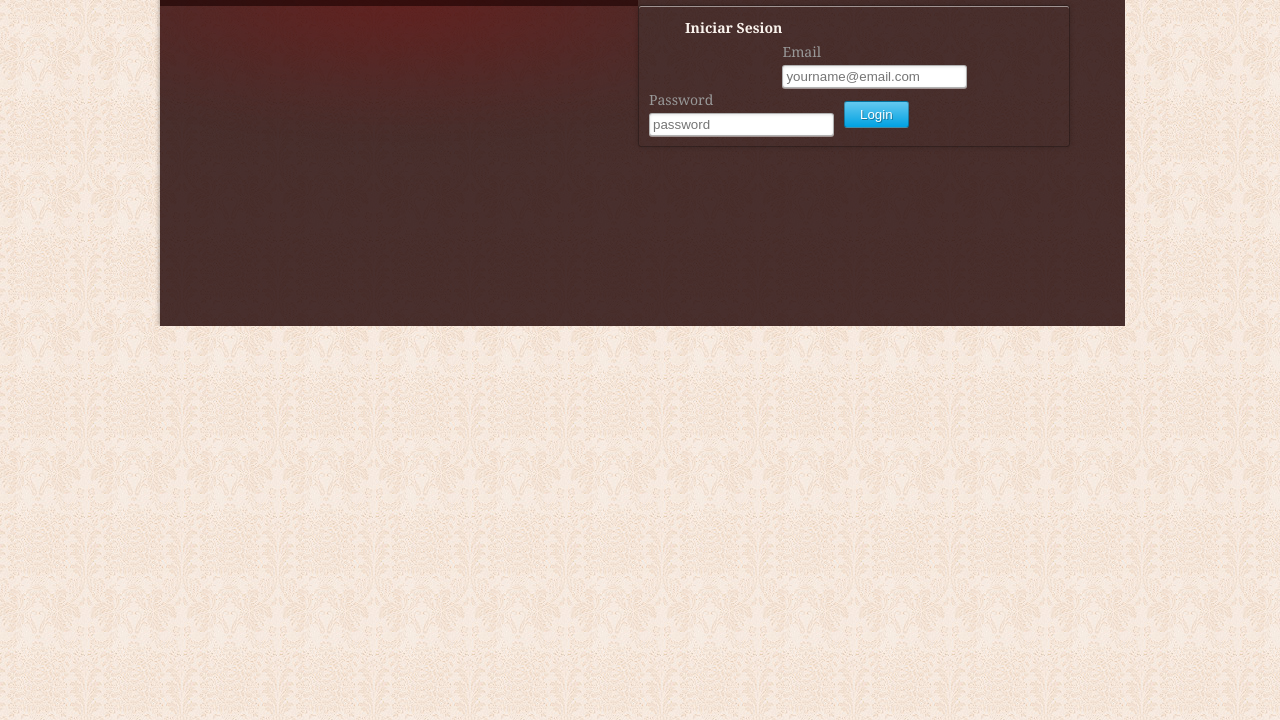
Repository: ProSoft-PDSI/sdsddo
Page: http://localhost/sdsr/LoginRegistro.jsp
An editor plug-in stored every save of this project. The page is shown before and after the next save, followed by the edit.
The browser window is 1280 px wide. The pictures show the whole page.
The page is served by Tomcat 9.

Above is the page before, as saved 2014-07-19 23:19:21.
Console error: TypeError: Cannot read properties of undefined (reading 'appendTo')

After the next save:
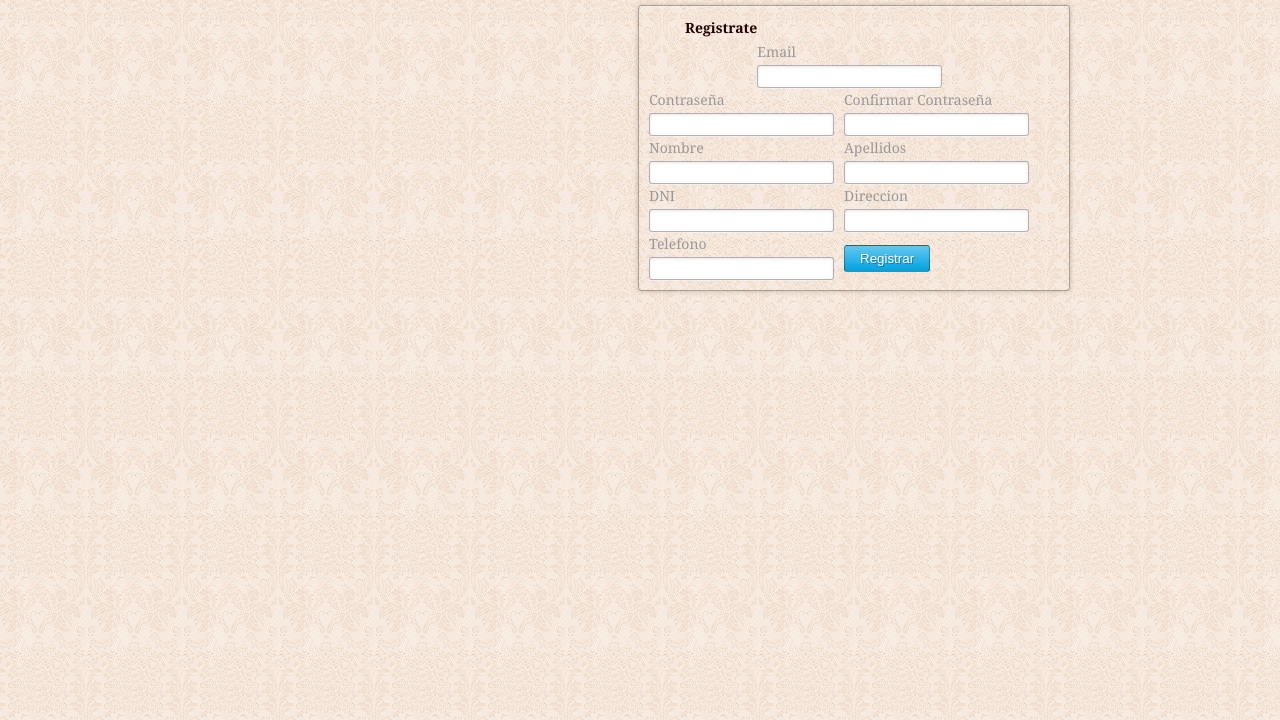
Saved 2 h 27 min later.
--- a/Web/sdsr/WebContent/LoginRegistro.jsp
+++ b/Web/sdsr/WebContent/LoginRegistro.jsp
@@ -19,7 +19,7 @@
 		<div class="main" id="marco">
 <!-- content -->
 			<article id="content">
-				<div class="wrap">
+				<!-- <div class="wrap">
 					<div class="box">
 					<form id="ContactForm">
 						<section class="loginform cf">
@@ -40,7 +40,7 @@
 								</form>
 						</section>
 					</form>
-					<div>
+					<div> -->
 					<form id="ContactForm">
 						<section class="loginform cf">
 						   <form name="login" action="index_submit" method="get" accept-charset="utf-8">

After the save that followed:
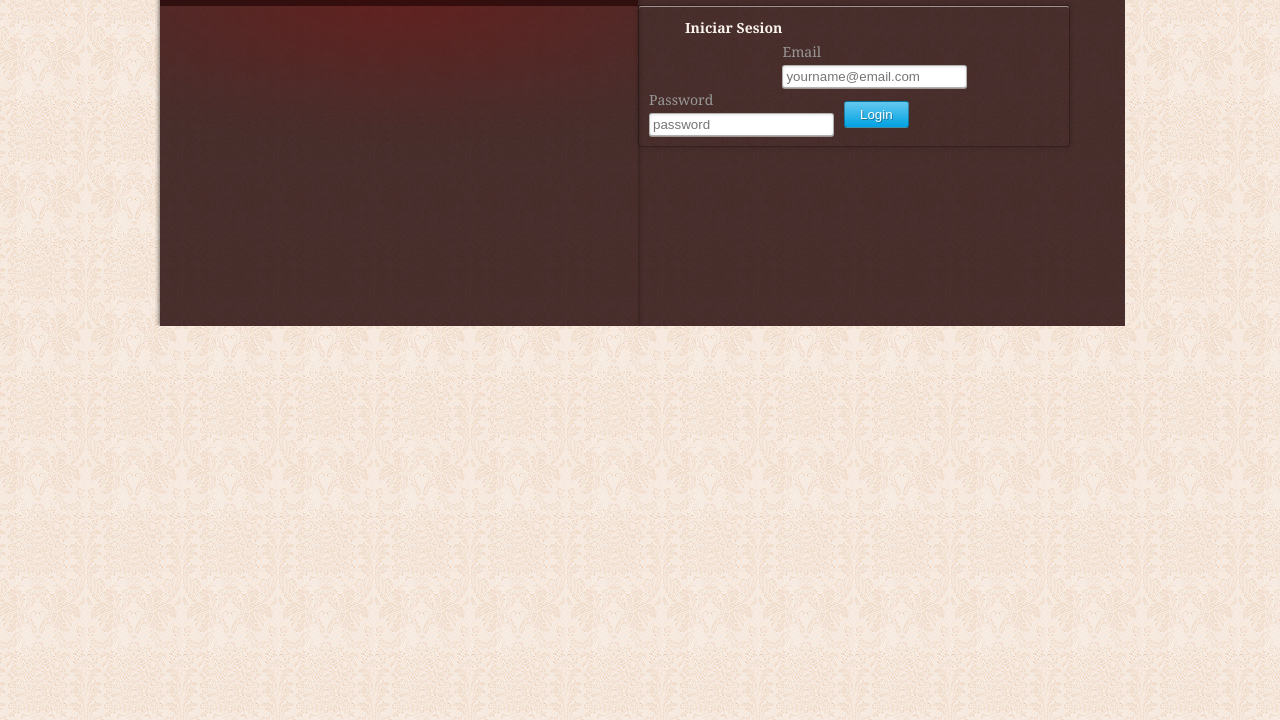
Saved 3 min 2 s later.
--- a/Web/sdsr/WebContent/LoginRegistro.jsp
+++ b/Web/sdsr/WebContent/LoginRegistro.jsp
@@ -19,7 +19,7 @@
 		<div class="main" id="marco">
 <!-- content -->
 			<article id="content">
-				<!-- <div class="wrap">
+				<div class="wrap">
 					<div class="box">
 					<form id="ContactForm">
 						<section class="loginform cf">
@@ -40,7 +40,7 @@
 								</form>
 						</section>
 					</form>
-					<div> -->
+					<div class="box">
 					<form id="ContactForm">
 						<section class="loginform cf">
 						   <form name="login" action="index_submit" method="get" accept-charset="utf-8">
